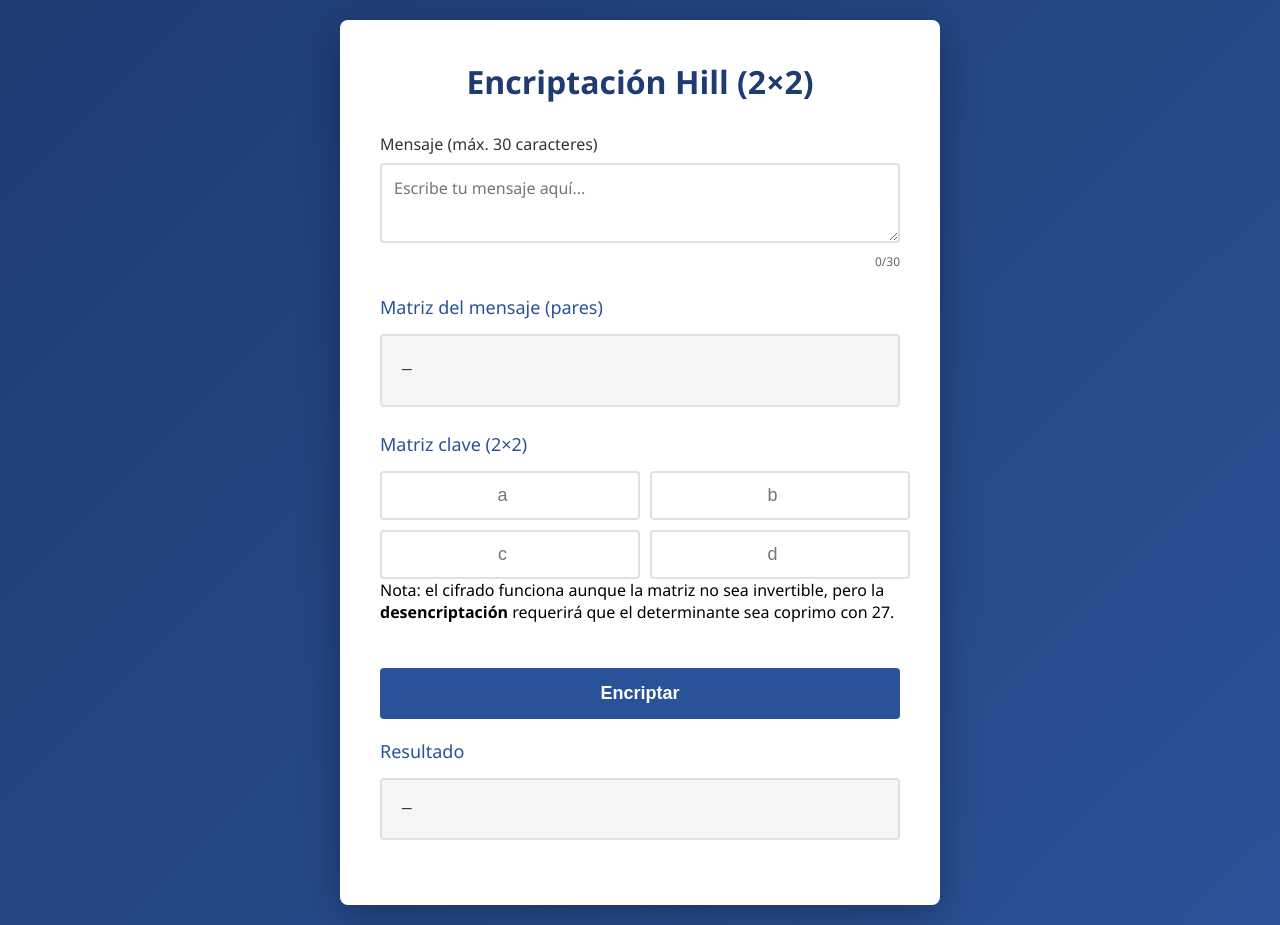
Repository: LeoTSW13/Clase-ejemplo-Algebra
Page: index.html
An editor plug-in stored every save of this project. The page is shown before and after the next save, followed by the edit.
The browser window is 1280 px wide. The pictures show the whole page.

Above is the page before, as saved 2025-11-26 10:04:14.

### index.html
<!DOCTYPE html>
<html lang="es">
<head>
    <meta charset="UTF-8" />
    <meta name="viewport" content="width=device-width, initial-scale=1.0"/>
    <title>Encriptación Hill</title>
    <link rel="stylesheet" href="styles.css">
</head>
<body>
    <div class="container">
        <h1>Encriptación Hill (2×2)</h1>

        <div class="section">
            <label for="mensaje">Mensaje (máx. 30 caracteres)</label>
            <textarea id="mensaje" maxlength="30" placeholder="Escribe tu mensaje aquí..."></textarea>
            <div class="char-count">0/30</div>
        </div>

        <div class="section">
            <h3>Matriz del mensaje (pares)</h3>
            <div id="matrizMensaje" class="matriz-display">—</div>
        </div>

        <div class="section">
            <h3>Matriz clave (2×2)</h3>
            <div class="matriz-input">
                <input type="number" id="k11" placeholder="a">
                <input type="number" id="k12" placeholder="b">
                <input type="number" id="k21" placeholder="c">
                <input type="number" id="k22" placeholder="d">
            </div>
            <div class="hint">Nota: el cifrado funciona aunque la matriz no sea invertible, pero la <strong>desencriptación</strong> requerirá que el determinante sea coprimo con 27.</div>
        </div>

        <button id="encriptar">Encriptar</button>

        <div class="section">
            <h3>Resultado</h3>
            <div id="resultado" class="resultado-box">—</div>
        </div>
    </div>

    <script src="script.js"></script>
</body>
</html>

### styles.css
* {
    margin: 0;
    padding: 0;
    box-sizing: border-box;
}

body {
    font-family: 'Segoe UI', Tahoma, Geneva, Verdana, sans-serif;
    background: linear-gradient(135deg, #1e3c72 0%, #2a5298 100%);
    min-height: 100vh;
    display: flex;
    justify-content: center;
    align-items: center;
    padding: 20px;
}

.container {
    background: white;
    max-width: 600px;
    width: 100%;
    padding: 40px;
    border-radius: 8px;
    box-shadow: 0 10px 40px rgba(0, 0, 0, 0.3);
}

h1 {
    color: #1e3c72;
    text-align: center;
    margin-bottom: 30px;
    font-size: 32px;
    font-weight: 600;
}

h3 {
    color: #2a5298;
    margin-bottom: 15px;
    font-size: 18px;
    font-weight: 500;
}

.section {
    margin-bottom: 25px;
}

label {
    display: block;
    color: #333;
    margin-bottom: 8px;
    font-weight: 500;
}

textarea {
    width: 100%;
    padding: 12px;
    border: 2px solid #e0e0e0;
    border-radius: 4px;
    font-size: 16px;
    resize: vertical;
    min-height: 80px;
    font-family: inherit;
    transition: border-color 0.3s;
}

textarea:focus {
    outline: none;
    border-color: #2a5298;
}

.char-count {
    text-align: right;
    color: #666;
    font-size: 12px;
    margin-top: 5px;
}

.matriz-display {
    background: #f5f5f5;
    padding: 20px;
    border-radius: 4px;
    border: 2px solid #e0e0e0;
    min-height: 60px;
    font-family: 'Courier New', monospace;
    color: #333;
    line-height: 1.8;
}

.matriz-input {
    display: grid;
    grid-template-columns: 1fr 1fr;
    gap: 10px;
    max-width: 200px;
}

.matriz-input input {
    padding: 12px;
    border: 2px solid #e0e0e0;
    border-radius: 4px;
    font-size: 18px;
    text-align: center;
    transition: border-color 0.3s;
}

.matriz-input input:focus {
    outline: none;
    border-color: #2a5298;
}

button {
    width: 100%;
    padding: 15px;
    background: #2a5298;
    color: white;
    border: none;
    border-radius: 4px;
    font-size: 18px;
    font-weight: 600;
    cursor: pointer;
    transition: background 0.3s;
    margin: 20px 0;
}

button:hover {
    background: #1e3c72;
}

button:active {
    transform: scale(0.98);
}

.resultado-box {
    background: #f5f5f5;
    padding: 20px;
    border-radius: 4px;
    border: 2px solid #e0e0e0;
    min-height: 60px;
    font-family: 'Courier New', monospace;
    color: #333;
    word-wrap: break-word;
}

.error {
    color: #d32f2f;
    background: #ffebee;
    border-color: #d32f2f;
}

### script.js
const mensaje = document.getElementById('mensaje');
const charCount = document.querySelector('.char-count');
const matrizMensaje = document.getElementById('matrizMensaje');
const k11 = document.getElementById('k11');
const k12 = document.getElementById('k12');
const k21 = document.getElementById('k21');
const k22 = document.getElementById('k22');
const btnEncriptar = document.getElementById('encriptar');
const resultado = document.getElementById('resultado');

// Actualizar contador de caracteres
mensaje.addEventListener('input', () => {
    const len = mensaje.value.length;
    charCount.textContent = `${len}/30`;
    mostrarMatrizMensaje();
});

// Mostrar matriz del mensaje
function mostrarMatrizMensaje() {
    const texto = mensaje.value.toUpperCase().replace(/[^A-Z]/g, '');

    if (texto.length === 0) {
        matrizMensaje.textContent = 'Escribe un mensaje primero...';
        return;
    }

    const valores = texto.split('').map(char => char.charCodeAt(0) - 65);

    // Agrupar en pares
    let matriz = '[';
    for (let i = 0; i < valores.length; i += 2) {
        if (i > 0) matriz += ' ';
        matriz += '[' + valores[i];
        if (i + 1 < valores.length) {
            matriz += ', ' + valores[i + 1];
        } else {
            matriz += ', ' + (valores.length % 2 === 0 ? '' : '23'); // Padding con 'X'
        }
        matriz += ']';
    }
    matriz += ']';

    matrizMensaje.textContent = matriz;
}

// Función de encriptación Hill
btnEncriptar.addEventListener('click', () => {
    // Validar inputs
    const key = [
        [parseInt(k11.value) || 0, parseInt(k12.value) || 0],
        [parseInt(k21.value) || 0, parseInt(k22.value) || 0]
    ];

    if (key[0][0] === 0 && key[0][1] === 0 && key[1][0] === 0 && key[1][1] === 0) {
        resultado.textContent = 'Error: Ingresa una matriz clave válida';
        resultado.classList.add('error');
        return;
    }

    const texto = mensaje.value.toUpperCase().replace(/[^A-Z]/g, '');

    if (texto.length === 0) {
        resultado.textContent = 'Error: Ingresa un mensaje';
        resultado.classList.add('error');
        return;
    }

    // Calcular determinante
    const det = (key[0][0] * key[1][1] - key[0][1] * key[1][0]) % 26;

    if (det === 0) {
        resultado.textContent = 'Error: La matriz no es invertible (determinante = 0)';
        resultado.classList.add('error');
        return;
    }

    // Convertir texto a números
    let numeros = texto.split('').map(char => char.charCodeAt(0) - 65);

    // Agregar padding si es impar
    if (numeros.length % 2 !== 0) {
        numeros.push(23); // 'X'
    }

    // Encriptar
    let encriptado = '';
    for (let i = 0; i < numeros.length; i += 2) {
        const v1 = numeros[i];
        const v2 = numeros[i + 1];

        const c1 = (key[0][0] * v1 + key[0][1] * v2) % 26;
        const c2 = (key[1][0] * v1 + key[1][1] * v2) % 26;

        encriptado += String.fromCharCode(65 + c1);
        encriptado += String.fromCharCode(65 + c2);
    }

    resultado.classList.remove('error');
    resultado.textContent = encriptado;
});

After the next save:
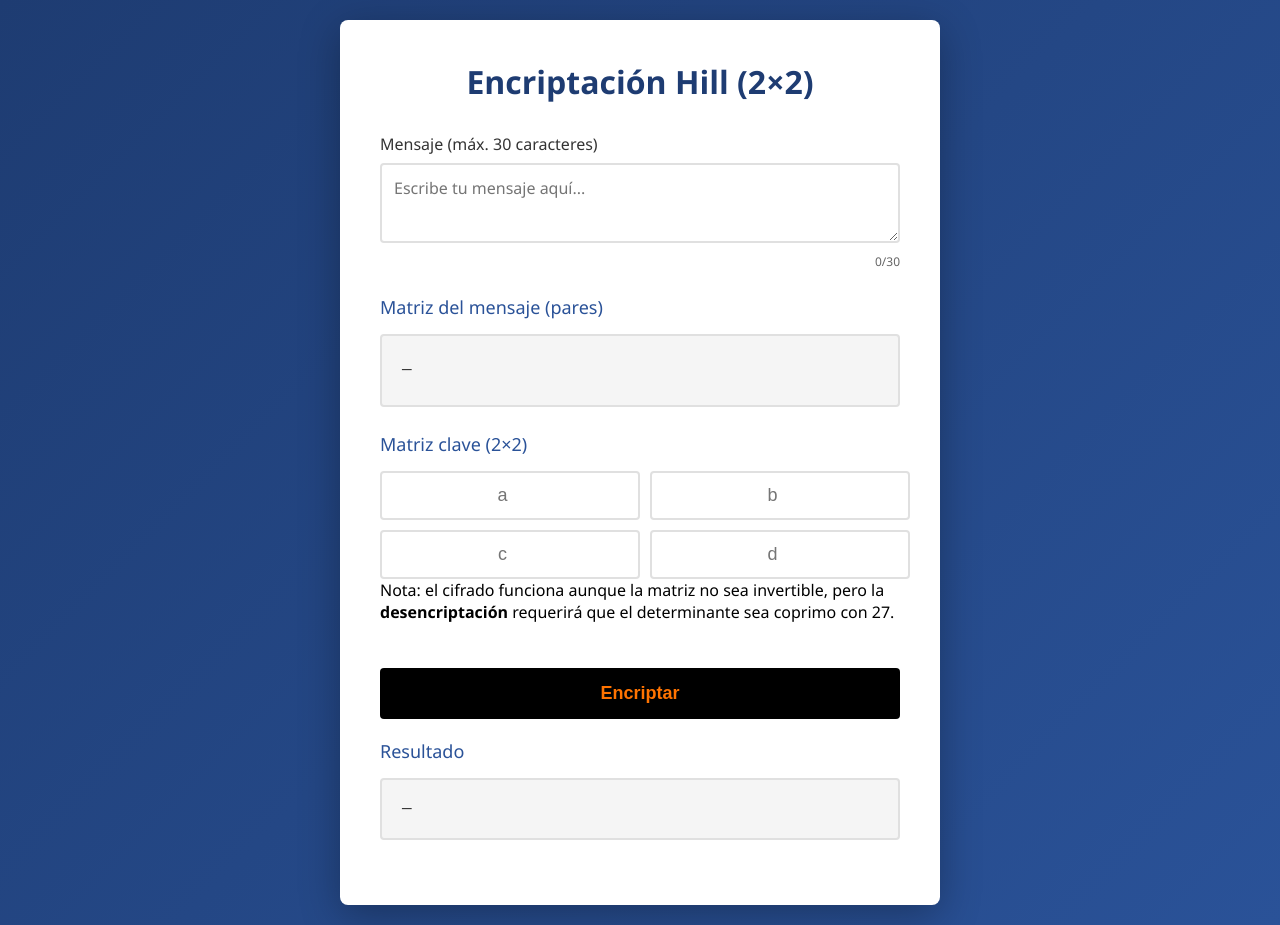
Saved 4 min 44 s later.
--- a/styles.css
+++ b/styles.css
@@ -108,8 +108,8 @@ textarea:focus {
 button {
     width: 100%;
     padding: 15px;
-    background: #2a5298;
-    color: white;
+    background: #000000;
+    color: rgb(255, 115, 0);
     border: none;
     border-radius: 4px;
     font-size: 18px;
@@ -120,7 +120,7 @@ button {
 }
 
 button:hover {
-    background: #1e3c72;
+    background: #000000;
 }
 
 button:active {
